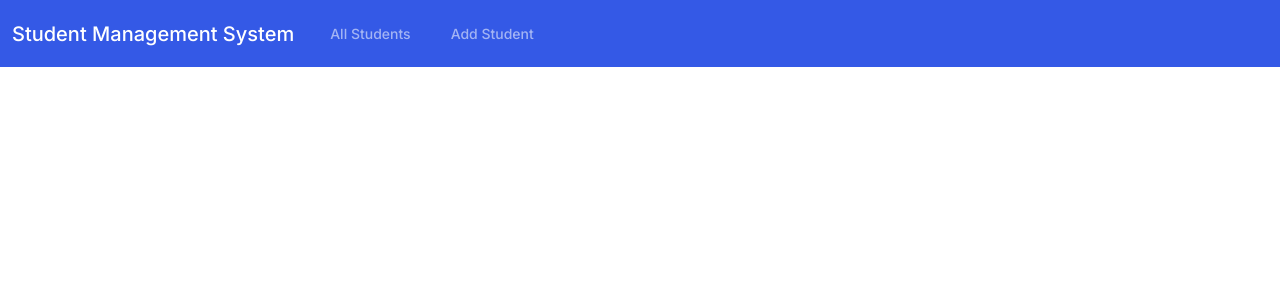
Repository: saraanbih/Student-Management-System
Page: http://localhost/
The author's editor kept a copy of each file at every save. The page is drawn from the files as they stood at one save, then again after a run of saves.
The browser window is 1280 px wide. The pictures show the whole page.
The page is served by the project's application, run on Django 5.2 (manage.py).

Above is the page before, as saved 2025-09-11 15:31:22.

After the next 4 saves:
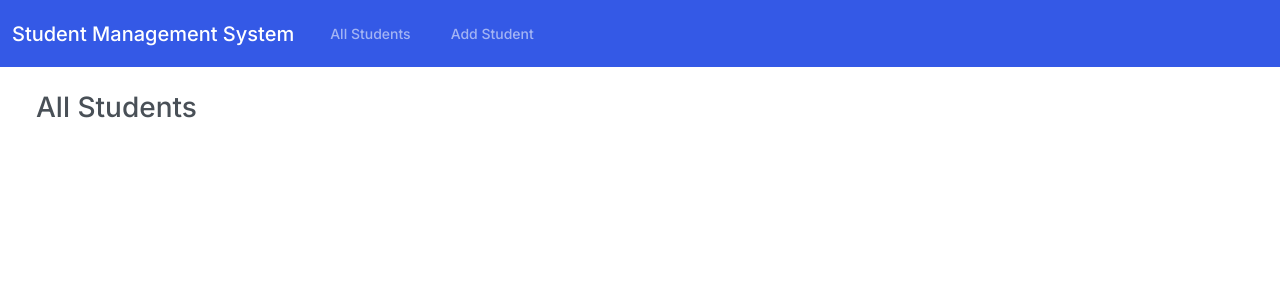
The 4 saves are shown as one change because they came seconds apart.
The last was saved 12 s later.
--- a/students/templates/students/index.html
+++ b/students/templates/students/index.html
@@ -36,7 +36,7 @@
     </nav>
 
     <div class="container-fluid">
-      <h3></h3>
+      <h3 class="m-4">All Students</h3>
 
     </div>
     <script
